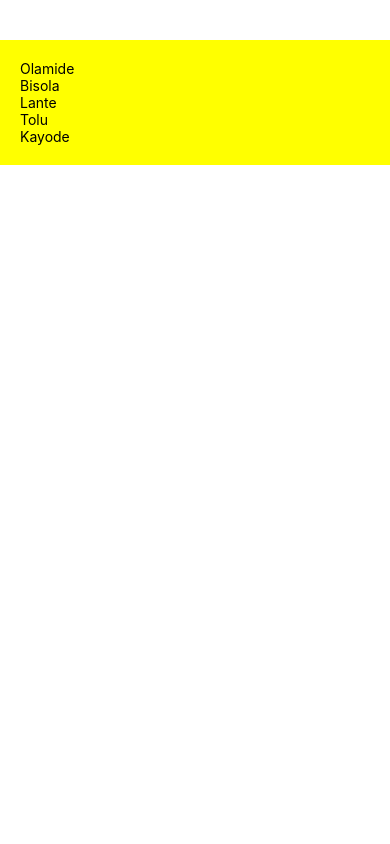
Repository: akinmiday/ReactNativeApp
Screen: /
An editor plug-in stored every save of this project. The screen is shown before and after the next save, followed by the edit.
The app was drawn by React Native's web renderer in a window 390 px wide. The project was rebuilt for these pictures with package versions that can differ from the ones it lists, and the page was loaded fresh each time.

Above is the screen before, as saved 2023-08-03 13:37:21.

### App.js
import { useState } from "react";
import {
  View,
  Text,
  FlatList,
  TouchableOpacity,
  StyleSheet,
} from "react-native";

export default function App() {
  const { item, container } = styles;

  const [people, setPeople] = useState([
    { name: "Olamide", key: "1" },
    { name: "Bisola", key: "2" },
    { name: "Lante", key: "3" },
    { name: "Tolu", key: "4" },
    { name: "Kayode", key: "5" },
  ]);

  const pressHandler = (name) => {
    console.log(name);
  };

  return (
    <View style={container}>
      <FlatList
        data={people}
        renderItem={({ item }) => (
          <View>
            <TouchableOpacity onPress={() => pressHandler(item.name)}>
              <Text style={item}>{item.name}</Text>
            </TouchableOpacity>
          </View>
        )}
      />
    </View>
  );
}

const styles = StyleSheet.create({
  container: {
    marginTop: 40,
    padding: 20,
    backgroundColor: "yellow",
  },
  item: {
    fontSize: 22,
    backgroundColor: "yellow",
    marginTop: 30,
    padding: 20,
  },
});

After the next save:
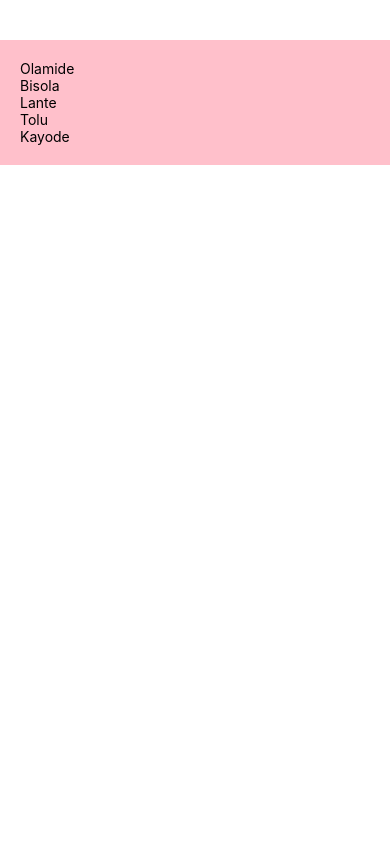
Saved 50 s later.
--- a/App.js
+++ b/App.js
@@ -42,7 +42,7 @@ const styles = StyleSheet.create({
   container: {
     marginTop: 40,
     padding: 20,
-    backgroundColor: "yellow",
+    backgroundColor: "pink",
   },
   item: {
     fontSize: 22,
